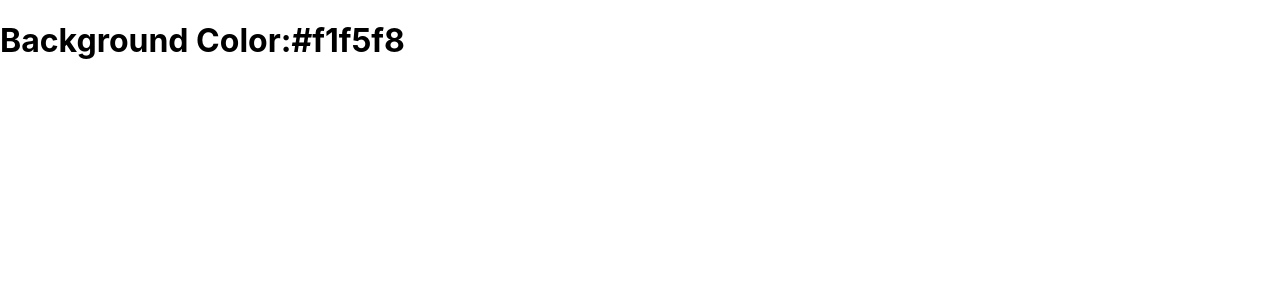
Repository: VidHongqiWu/react-projects
Page: / (app in color-flipper/)
The author's editor kept a copy of each file at every save. The page is drawn from the files as they stood at one save, then again after the next save.
The browser window is 1280 px wide. The pictures show the whole page.
The project was rebuilt for these pictures with package versions that can differ from the ones it lists, and the page was loaded fresh each time.

Above is the page before, as saved 2023-11-18 18:55:00.

After the next save:
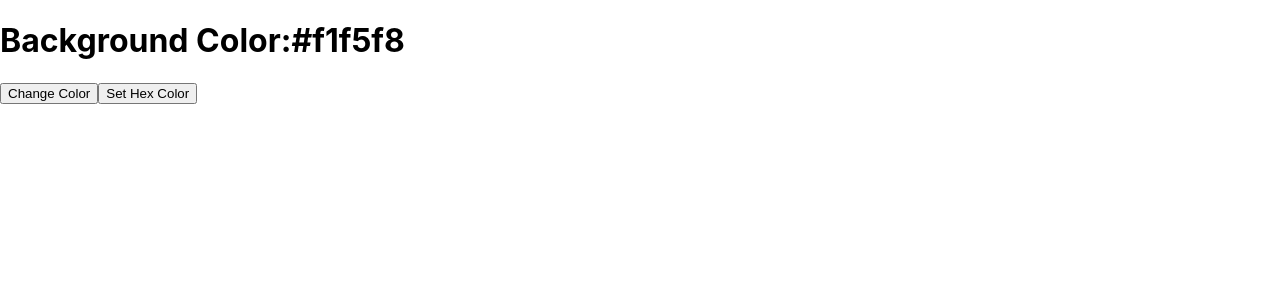
Saved 3 min 1 s later.
--- a/color-flipper/src/App.js
+++ b/color-flipper/src/App.js
@@ -4,6 +4,16 @@ import React, {useState} from 'react';
 function App() {
   const colors = ['green', 'red', 'rgba(133,122,200)', '#f15025'];
   const [color, setColor] = useState('#f1f5f8');
+
+  const changeColor = () => {
+    const randomNumber = Math.floor(Math.random() * colors.length);
+    setColor(colors[randomNumber]);
+  }
+
+  const setHexColor = () => {
+    const hexColor = '#' + Math.floor(Math.random() * 16777215).toString(16);
+    setColor(hexColor);
+  }
 
   return (
     <main>
@@ -13,6 +23,12 @@ function App() {
             {color}
           </span>
         </h1>
+        <button onclick={changeColor}>
+          Change Color
+        </button>
+        <button onclick={setHexColor}>
+          Set Hex Color
+        </button>
       </div>
     </main>
   );
